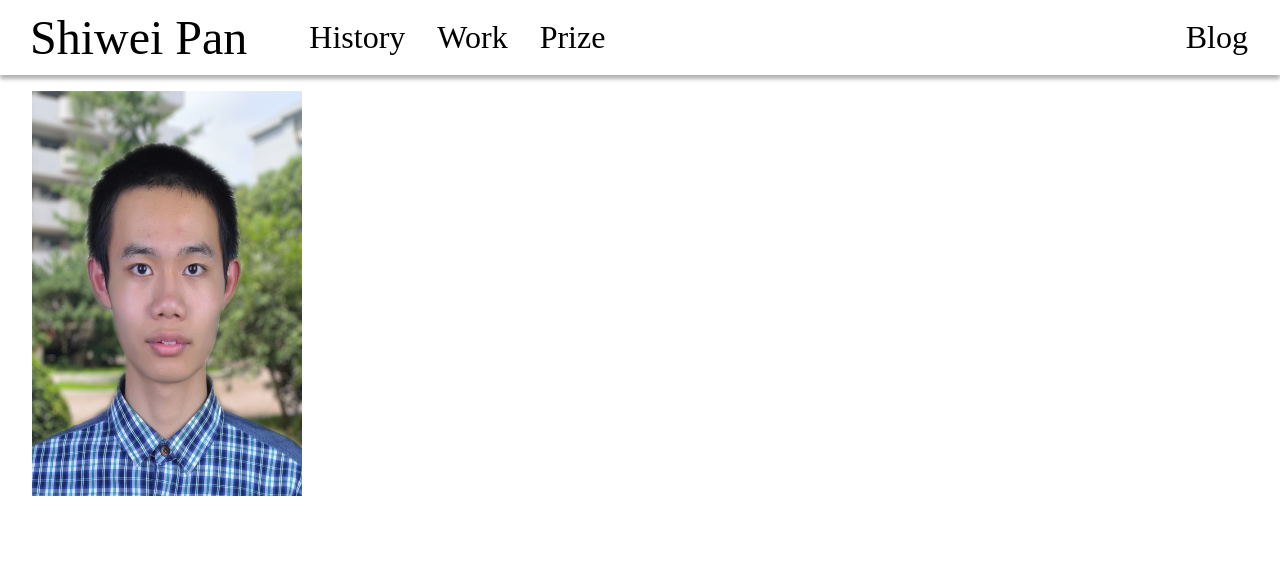
Repository: erikpsw/web
Page: new/psw.html
An editor plug-in stored every save of this project. The page is shown before and after the next save, followed by the edit.
The browser window is 1280 px wide. The pictures show the whole page.

Above is the page before, as saved 2022-06-16 21:14:36.

### new/psw.html
<!DOCTYPE html>
<html>
<head>
<meta charset="utf-8">
<title>Shiwei Pan</title>
<link rel="stylesheet" type="text/css" href="styles.css">
</head>
<body class="body">
<nav id="start_box">
    <a class="nav" id="title" href="">Shiwei Pan</a>
    <a class="nav" href="" >History</a>
    <a class="nav" href="">Work</a>
    <a class="nav" href="">Prize</a>
    <a class="nav" id="myblog" target="_blank" href="https://erikpsw.github.io/">Blog</a>
</nav>
<section>
    <div id="profile">
        <img src="\pic\mine.png" id="mine">
        <h1></h1>
    </div>
</section>
</body>
</html>

### new/styles.css
#start_box
{
    background-color: whit;
    display:flex;
    box-shadow: 0 0.25rem 0.25rem 0 rgb(0 0 0 / 31%);
}

#title{
    text-decoration: none;
    font-family:"Times New Roman",Georgia,Serif;
    font-style:inherit;
    padding:10px 30px 10px;
    color:black;
    font-size: 3em;
}

.nav{
    text-decoration: none;
    font-family:"Times New Roman",Georgia,Serif;
    padding-left:1em;
    color:black;
    display: inline-flex;
    align-items: center;
    font-size: 2em;
}

.body{
    margin: 0%;
}

#myblog{
    margin-left: auto;
    padding-right: 1em;
}

#mine{
    margin-left: 2em;
    width: 270px;
    height: 405px;
}

#profile{
    margin-top: 1em;
    max-width: 33.333%;
}

After the next save:
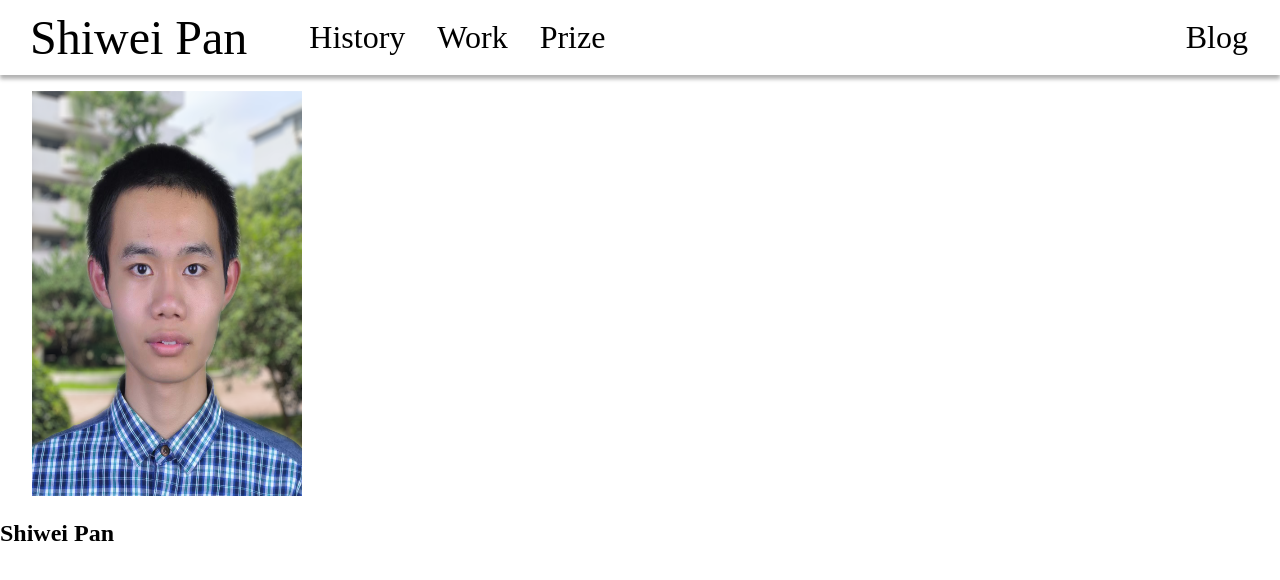
Saved 12 s later.
--- a/new/psw.html
+++ b/new/psw.html
@@ -16,7 +16,7 @@
 <section>
     <div id="profile">
         <img src="\pic\mine.png" id="mine">
-        <h1></h1>
+        <h2>Shiwei Pan</h2>
     </div>
 </section>
 </body>
